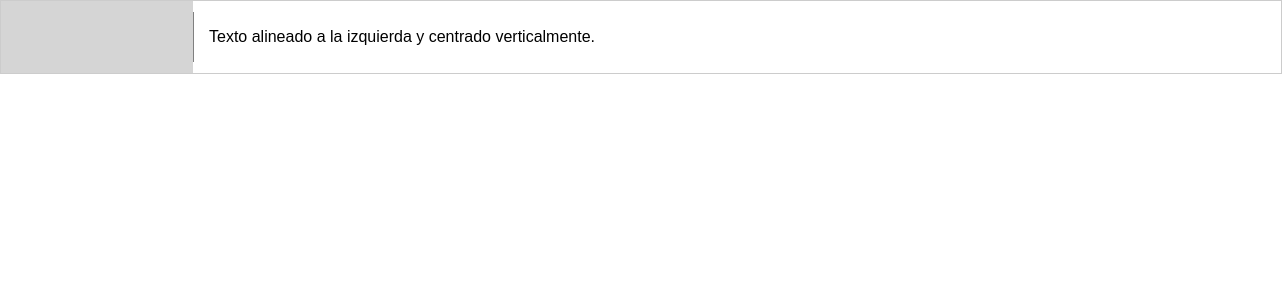
Repository: aCoupon0/intranet
Page: 1/gasto.html
The author's editor kept a copy of each file at every save. The page is drawn from the files as they stood at one save, then again after the next save.
The browser window is 1280 px wide. The page is 1282 px wide, so the pictures cover 1282 px, including what lies to the right of the window. The pictures show the whole page.

Above is the page before, as saved 2024-12-11 11:16:19.

After the next save:
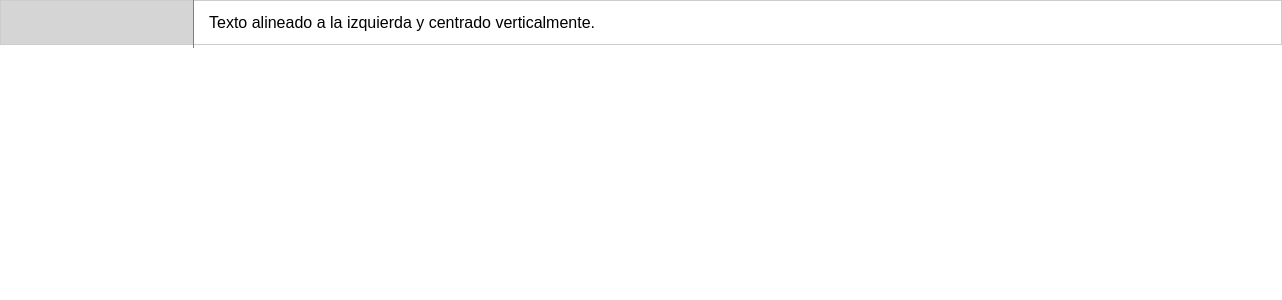
Saved 17 s later.
--- a/css/gasto.css
+++ b/css/gasto.css
@@ -4,7 +4,7 @@ body {
 }
 .container {
     width: 100%;
-    height: 10vh;
+    height: 6vh;
     display: flex;
     align-items: center;
     border: 1px solid #ccc;
